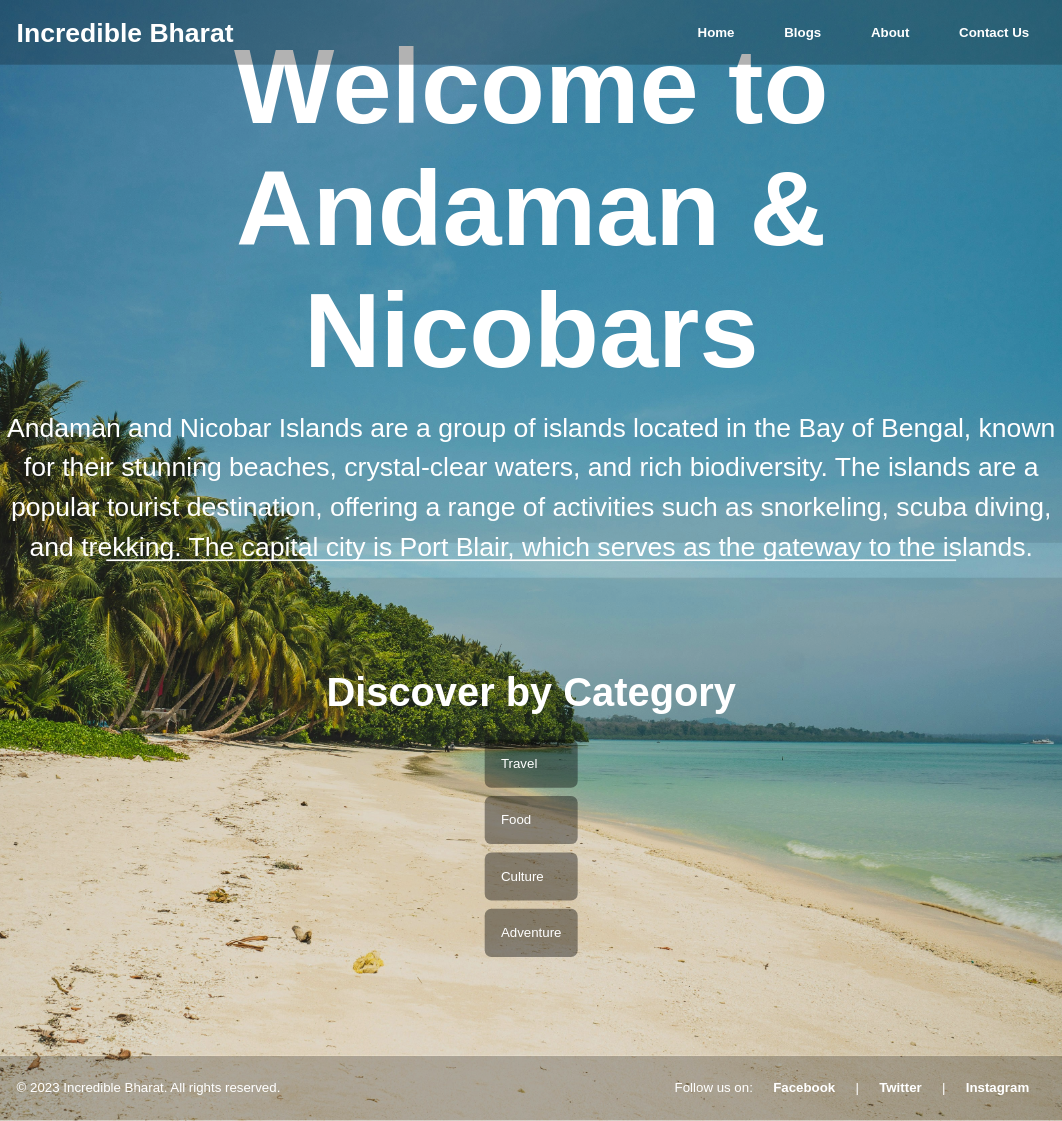
Repository: jaidhiman111/incrediblebharat
Page: destinations/Andaman&Nicobar.html
An editor plug-in stored every save of this project. The page is shown before and after the next save, followed by the edit.
The browser window is 1280 px wide. The pictures show the whole page, at 83% of full size.

Above is the page before, as saved 2025-04-30 23:28:12.

### destinations/Andaman&Nicobar.html
<!DOCTYPE html>
<html lang="en">

<head>
    <meta charset="UTF-8">
    <link rel="stylesheet" href="/assets/style.css">
    <meta name="viewport" content="width=device-width, initial-scale=1.0">
    <title>Document</title>
</head>

<body class="andaman-nicobar">
    <!-- This is the header of the page. -->
    <header class="header">
        <div class="logo">
            <h1>Incredible Bharat</h1>
        </div>
        <div class="nav">
            <nav>
                <ul>
                    <li>
                        <a href="/index.html">Home</a>
                        <a href="#">Blogs</a>
                        <a href="#">About</a>
                        <a href="#">Contact Us</a>
                    </li>
                </ul>
            </nav>
        </div>
    </header>
    <!-- This is the main content of the page. -->
    <main class="main-container">
        <section class="hero-section">
            <h2>Welcome to Andaman & Nicobars</h2>
            <p>Andaman and Nicobar Islands are a group of islands located in the Bay of Bengal, known for their stunning
                beaches, crystal-clear waters, and rich biodiversity. The islands are a popular tourist destination,
                offering a range of activities such as snorkeling, scuba diving, and trekking. The capital city is Port
                Blair, which serves as the gateway to the islands.</p>
        </section>
        <hr>
        <section class="state-section">
            <h2>Discover by Category</h2>
            <div class="card-section">
                <div class="card" id="travel">Travel</div>
                <div class="card" id="food">Food</div>
                <div class="card" id="culture">Culture</div>
                <div class="card" id="adventure">Adventure</div>
            </div>
        </section>
    </main>
    <!-- This is the footer of the page. -->
    <footer class="footer">
        <div>
            <p>&copy; 2023 Incredible Bharat. All rights reserved.</p>
        </div>
        <div>
            <p>Follow us on:
                <a href="#">Facebook</a> |
                <a href="#">Twitter</a> |
                <a href="#">Instagram</a>
        </div>
    </footer>
</body>

</html>

### assets/style.css
* {
    box-sizing: border-box;
    margin: 0;
    padding: 0;
}

.home {
    font-family: Arial, sans-serif;
    background-image: url('/media/bg-cover.jpg');
    background-size: cover;
    background-repeat: no-repeat;
    background-position: center;
    color: #fff;
}

.andaman-nicobar {
    font-family: Arial, sans-serif;
    background-image: url('/media/andaman.jpg');
    background-size: cover;
    background-repeat: no-repeat;
    background-position: center;
    color: #fff;
}


/* This is for header */
.header {
    background-color: rgba(0, 0, 0, 0.3);
    display: flex;
    justify-content: space-between;
    align-items: center;
    padding: 20px;
    position: sticky;
    top: 0;
    text-align: center;
}

li {
    list-style: none;
    display: flex;
    gap: 20px;
}

li a {
    padding: 10px 20px;
    border-radius: 5px;
    text-decoration: none;
    color: #fff;
    font-weight: bold;
}

li a:hover {
    color: #fff;
    transform: scale(1.1);}

/* This is for section */
section{
    background-color: rgba(0, 0, 0, 0.1);
}

.hero-section {
    display: flex;
    flex-direction: column;    /* stack items vertically */
    justify-content: center;   /* center vertically */
    align-items: center;       /* center horizontally */
    height: 80vh;
    text-align: center;
}

.hero-section h2 {
    font-size: 8rem;
    margin-bottom: 20px;
}

.hero-section p{
    font-size: 2rem;
    margin-bottom: 20px;
    max-width: 100rem;         /* limit the width of the paragraph */
    line-height: 1.5;        /* improve readability */
}

.hero-section a {
    text-decoration: none;
    color: #fff;
    font-size: 1.5rem;
    margin-bottom: 20px;
}

.hero-section a:hover {
    color: #fff;
    text-decoration: underline;
    transform: scale(1.1);
    transition: transform 0.3s ease-in-out;
}

hr {
    width: 80%;
    margin: 20px auto;
    border: 1px solid #fff;
}

.state-section {
    display: flex;
    flex-direction: column;    /* stack items vertically */
    justify-content: center;
    align-items: center;
    height: 80vh;
    text-align: center;
}

.state-section h2 {
    font-size: 3rem;
    margin-bottom: 20px;
}

.state-button {
    padding: 30px;
    max-width: 100rem;
    margin: 0 auto;
  }

  .state-button button {
    background-color: rgba(0, 0, 0, 0.4);  /* Soft blue */
    border: none;
    border-radius: 8px;
    margin: 10px ;
    padding: 12px 20px;
    cursor: pointer;
    transition: background-color 0.3s ease;
    font-size: 16px;
    font-weight: 500;
  }

  .state-button button a {
    color: #ffffff;
    text-decoration: none;
    display: block;
    width: 100%;
    height: 100%;
  }

  .state-button button:hover {
    background-color: rgba(0, 0, 0, 0.7); /* Darker blue on hover */
    transform: scale(1.1); /* Slightly enlarge the button on hover */
    transition: transform 0.3s ease-in-out;
  }

.card {
    display: flex;
    background-color: rgba(0, 0, 0, 0.4); /* Soft blue */
    border-radius: 8px;
    padding: 20px;
    margin: 10px;
    text-align: center;
    transition: transform 0.3s ease-in-out;
}

  /* This is for footer */

.footer {
    background-color: rgba(0, 0, 0, 0.3);
    display: flex;
    justify-content: space-between;
    align-items: center;
    padding: 20px;
    position: relative;
    bottom: 0;
    text-align: center;
}

.footer li {
    list-style: none;
    display: flex;
    gap: 20px;
}

.footer a {
    display: inline-block;
    padding: 10px 20px;
    border-radius: 5px;
    text-decoration: none;
    color: #fff;
    font-weight: bold;
}
.footer a:hover {
    color: #fff;
    transform: scale(1.1);

}

/* This is for media queries */
/* --- Andaman & Nicobar Page Enhancements --- */

After the next save:
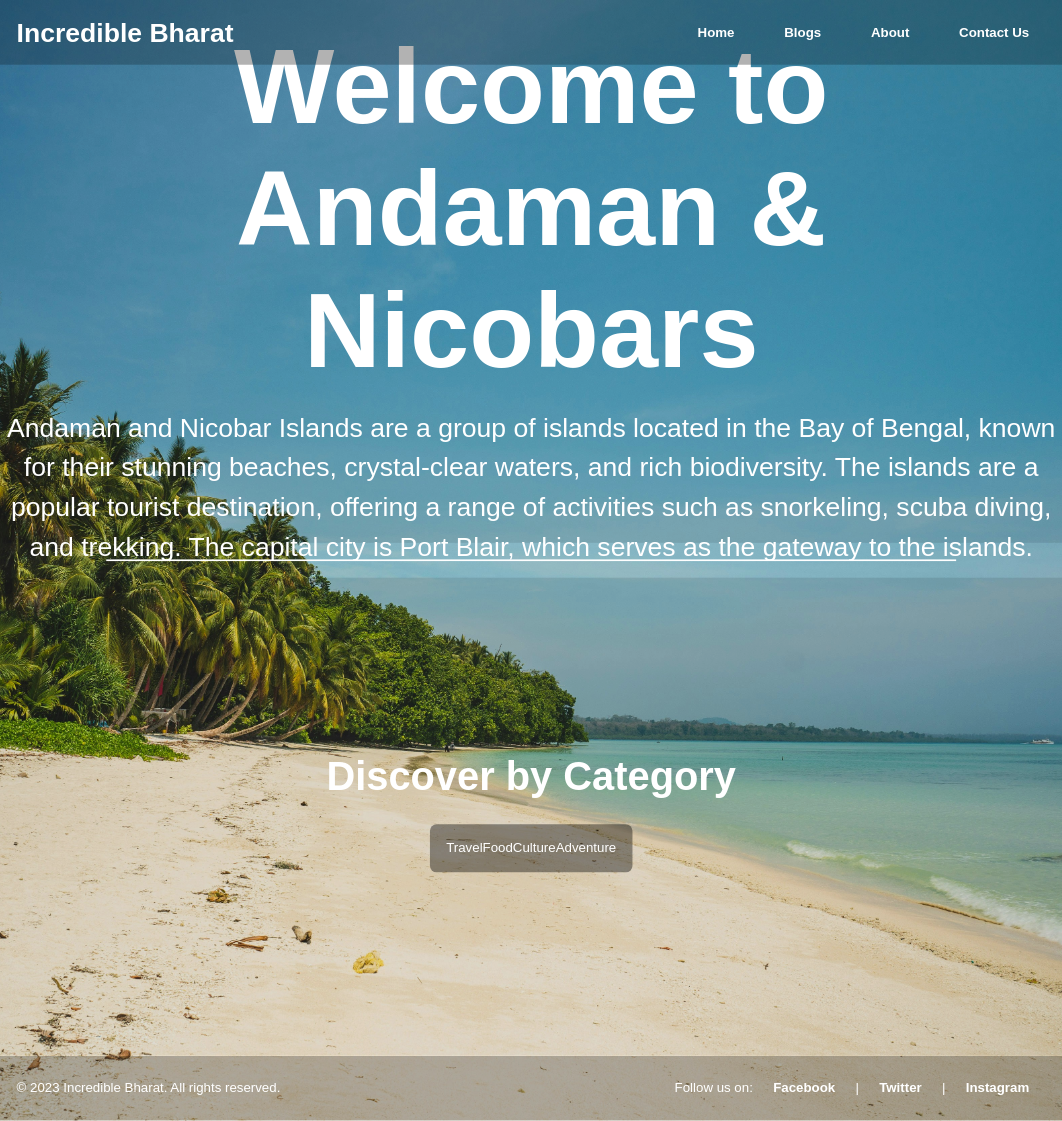
Saved 8 s later.
--- a/assets/style.css
+++ b/assets/style.css
@@ -145,7 +145,7 @@ hr {
     transition: transform 0.3s ease-in-out;
   }
 
-.card {
+.card-section {
     display: flex;
     background-color: rgba(0, 0, 0, 0.4); /* Soft blue */
     border-radius: 8px;
